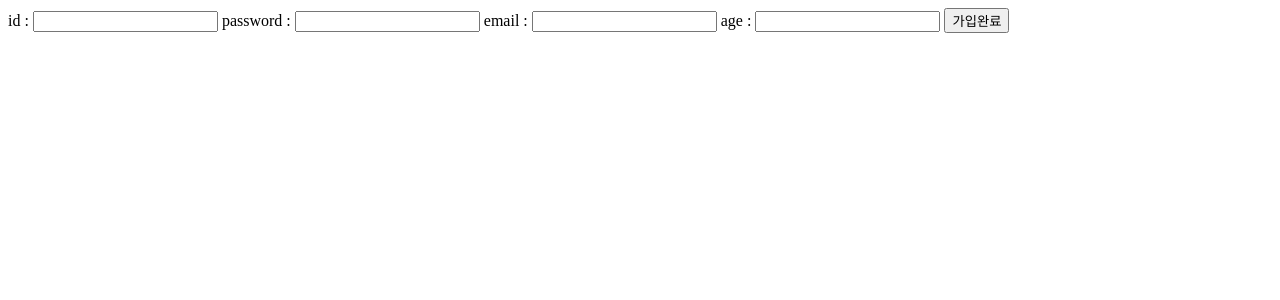
Repository: WoodongMaster/JSP_Workspace
Page: http://localhost/jsp_project2/member/join.jsp
The author's editor kept a copy of each file at every save. The page is drawn from the files as they stood at one save, then again after the next save.
The browser window is 1280 px wide. The pictures show the whole page.
The page is served by Tomcat 9. Other server files are loaded and not shown.

Above is the page before, as saved 2023-05-12 03:20:55.

### jsp_project2/jsp_project/jsp_project2/src/main/webapp/member/join.jsp
<%@ page language="java" contentType="text/html; charset=UTF-8"
    pageEncoding="UTF-8"%>
<!DOCTYPE html>
<html>
<head>
<meta charset="UTF-8">
<title>join 회원가입 페이지</title>
</head>
<body>
	<form action="" method="post">
		id : <input type="text" name="id">
		password : <input type="text" name="password">
		email : <input type="text" name="email">
		age : <input type="text" name="age">
		<button type="submit">가입완료</button>
	</form>
</body>
</html>

After the next save:
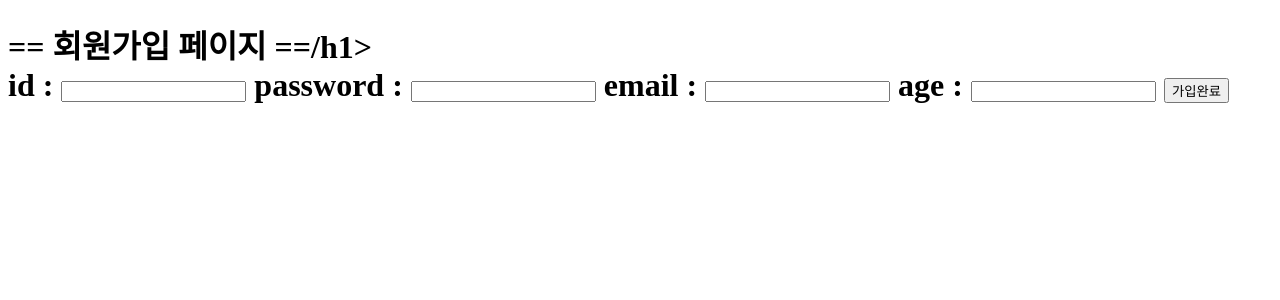
Saved 23 s later.
--- a/jsp_project2/jsp_project/jsp_project2/src/main/webapp/member/join.jsp
+++ b/jsp_project2/jsp_project/jsp_project2/src/main/webapp/member/join.jsp
@@ -7,6 +7,7 @@
 <title>join 회원가입 페이지</title>
 </head>
 <body>
+	<h1>== 회원가입 페이지 ==/h1>
 	<form action="" method="post">
 		id : <input type="text" name="id">
 		password : <input type="text" name="password">
